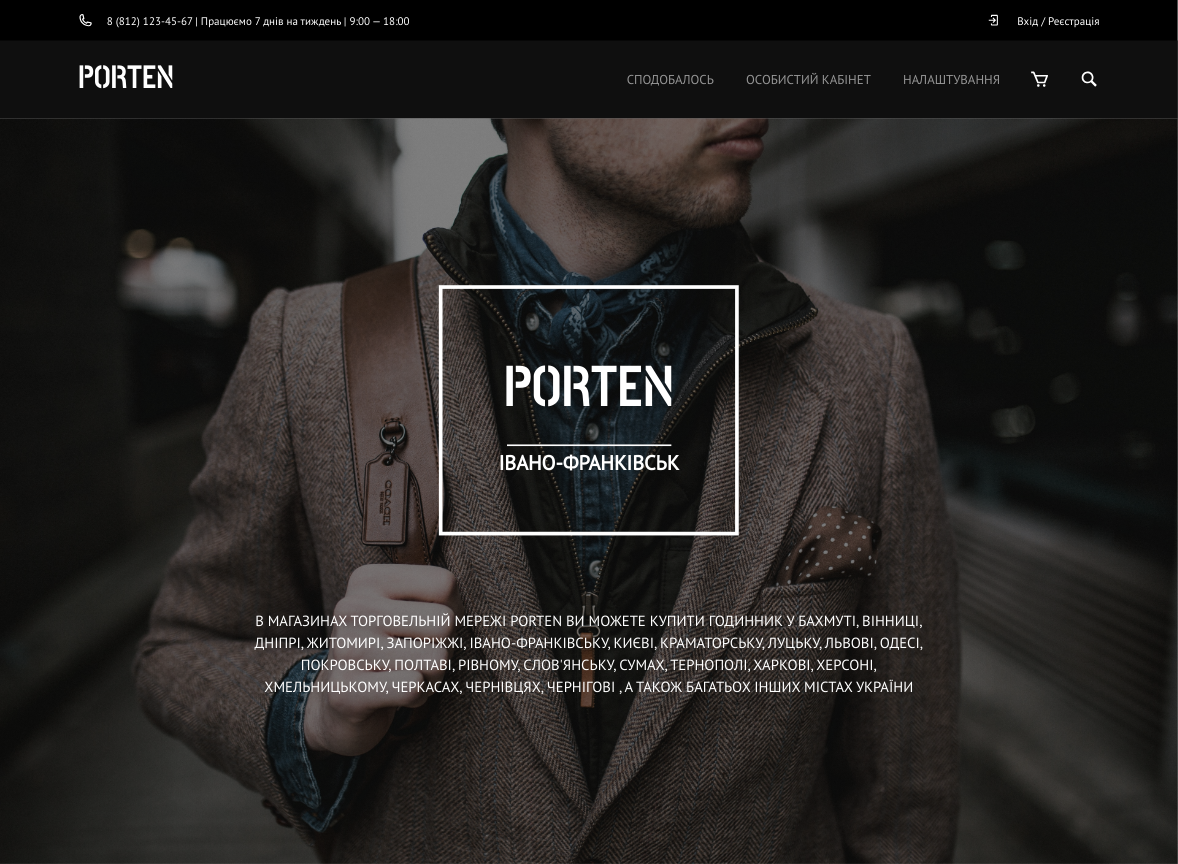
Repository: KYUUBI-K/porten
Page: index.html
An editor plug-in stored every save of this project. The page is shown before and after the next save, followed by the edit.
The browser window is 1280 px wide. The pictures show the whole page, at 92% of full size.

Above is the page before, as saved 2025-09-09 21:24:12.

### index.html
<!DOCTYPE html>
<html lang="en">
  <head>
    <meta charset="UTF-8" />
    <meta name="viewport" content="width=device-width, initial-scale=1.0" />
    <title>Cappadocia</title>
    <link rel="stylesheet" href="./styles.css" />
    <script defer src="./index.js"></script>
  </head>
  <body>
    <header class="header">
      <div class="top-line">
        <div class="wrapper">
          <div class="top-line-content">
            <div class="info">
              <svg
                width="16"
                height="16"
                viewBox="0 0 16 16"
                fill="none"
                xmlns="http://www.w3.org/2000/svg"
              >
                <path
                  d="M11.6 14.6667C8.87817 14.6631 6.26886 13.5803 4.34425 11.6557C2.41964 9.73112 1.33684 7.1218 1.33331 4.39999C1.33331 3.58666 1.65641 2.80665 2.23152 2.23153C2.80663 1.65642 3.58665 1.33333 4.39998 1.33333C4.57221 1.33202 4.74415 1.34765 4.91331 1.37999C5.07685 1.4042 5.23762 1.44439 5.39331 1.49999C5.50281 1.53841 5.60039 1.60475 5.67639 1.69244C5.75239 1.78014 5.80418 1.88615 5.82665 1.99999L6.73998 5.99999C6.7646 6.10857 6.76163 6.22158 6.73136 6.32872C6.70108 6.43585 6.64445 6.5337 6.56665 6.61333C6.47998 6.70666 6.47331 6.71333 5.65331 7.13999C6.30998 8.58057 7.46211 9.73743 8.89998 10.4C9.33331 9.57333 9.33998 9.56666 9.43331 9.47999C9.51294 9.40219 9.61079 9.34556 9.71792 9.31528C9.82506 9.28501 9.93807 9.28204 10.0466 9.30666L14.0466 10.22C14.1568 10.2456 14.2587 10.2988 14.3427 10.3746C14.4267 10.4504 14.49 10.5463 14.5266 10.6533C14.5829 10.8116 14.6253 10.9744 14.6533 11.14C14.6801 11.3075 14.6935 11.477 14.6933 11.6467C14.681 12.4565 14.3488 13.2286 13.7693 13.7944C13.1897 14.3602 12.4099 14.6738 11.6 14.6667V14.6667ZM4.39998 2.66666C3.94081 2.66842 3.50095 2.8516 3.17627 3.17628C2.85158 3.50097 2.6684 3.94083 2.66665 4.39999C2.66841 6.76872 3.61017 9.03992 5.28511 10.7149C6.96005 12.3898 9.23125 13.3316 11.6 13.3333C12.0591 13.3316 12.499 13.1484 12.8237 12.8237C13.1484 12.499 13.3316 12.0592 13.3333 11.6V11.38L10.24 10.6667L10.0466 11.0333C9.74665 11.6133 9.52665 12.0333 8.96665 11.8067C7.8619 11.4112 6.85911 10.7747 6.03114 9.94325C5.20316 9.11181 4.57079 8.10638 4.17998 6.99999C3.93998 6.47999 4.39331 6.23999 4.96665 5.93999L5.33331 5.75999L4.61998 2.66666H4.39998Z"
                  fill="white"
                />
              </svg>
              8 (812) 123-45-67 | Працюємо 7 днів на тиждень | 9:00 — 18:00
            </div>
            <div class="login">
              <svg
                width="14"
                height="14"
                viewBox="0 0 14 14"
                fill="none"
                xmlns="http://www.w3.org/2000/svg"
              >
                <path
                  d="M5.25001 1.16675H10.5C11.1417 1.16675 11.6667 1.69175 11.6667 2.33341V11.6667C11.6667 12.3084 11.1417 12.8334 10.5 12.8334H5.25001C4.60834 12.8334 4.08334 12.3084 4.08334 11.6667V10.5001H5.25001V11.6667H10.5V2.33341H5.25001V3.50008H4.08334V2.33341C4.08334 1.69175 4.60834 1.16675 5.25001 1.16675Z"
                  fill="white"
                />
                <path
                  d="M5.88583 9.09409L6.70833 9.91659L9.625 6.99992L6.70833 4.08325L5.88583 4.90575L7.39083 6.41659H1.75V7.58325H7.39083L5.88583 9.09409Z"
                  fill="white"
                />
              </svg>
              Вхід / Реєстрація
            </div>
          </div>
        </div>
      </div>
      <div class="bot-line">
        <div class="wrapper">
          <div class="bot-line-content">
            <div class="header-logo">PORTEN</div>
            <nav class="header-menu">
              <ul class="header-menu-list">
                <li class="header-menu-item">
                  <a class="header-menu-link" href="#liked">cподобалось</a>
                </li>
                <li class="header-menu-item">
                  <a class="header-menu-link" href="#office"
                    >Особистий кабінет</a
                  >
                </li>
                <li class="header-menu-item">
                  <a class="header-menu-link" href="#settings">налаштування</a>
                </li>
              </ul>
              <svg
                width="22"
                height="22"
                viewBox="0 0 22 22"
                fill="none"
                xmlns="http://www.w3.org/2000/svg"
              >
                <path
                  d="M20.0035 6.81175C19.9192 6.6899 19.8066 6.59031 19.6754 6.5215C19.5441 6.45269 19.3982 6.41672 19.25 6.41667H6.72193L5.66409 3.8775C5.52539 3.54312 5.29052 3.25746 4.98927 3.05673C4.68801 2.856 4.33393 2.74925 3.97193 2.75H1.83334V4.58334H3.97193L8.32059 15.0196C8.39025 15.1866 8.50775 15.3292 8.65831 15.4295C8.80887 15.5298 8.98575 15.5834 9.16668 15.5833H16.5C16.8823 15.5833 17.2242 15.3459 17.3589 14.9893L20.1089 7.656C20.1609 7.51724 20.1785 7.36794 20.1601 7.22091C20.1417 7.07387 20.088 6.93348 20.0035 6.81175ZM15.8648 13.75H9.77809L7.48643 8.25H17.9273L15.8648 13.75Z"
                  fill="white"
                />
                <path
                  d="M9.625 19.25C10.3844 19.25 11 18.6344 11 17.875C11 17.1156 10.3844 16.5 9.625 16.5C8.86561 16.5 8.25 17.1156 8.25 17.875C8.25 18.6344 8.86561 19.25 9.625 19.25Z"
                  fill="white"
                />
                <path
                  d="M16.0417 19.25C16.8011 19.25 17.4167 18.6344 17.4167 17.875C17.4167 17.1156 16.8011 16.5 16.0417 16.5C15.2823 16.5 14.6667 17.1156 14.6667 17.875C14.6667 18.6344 15.2823 19.25 16.0417 19.25Z"
                  fill="white"
                />
              </svg>
              <svg
                width="22"
                height="22"
                viewBox="0 0 22 22"
                fill="none"
                xmlns="http://www.w3.org/2000/svg"
              >
                <path
                  d="M19.25 17.4167L14.5255 12.6922C15.3989 11.3648 15.7488 9.76053 15.5073 8.18999C15.2658 6.61945 14.4501 5.19437 13.2182 4.19068C11.9864 3.18698 10.4259 2.67606 8.83895 2.75684C7.252 2.83762 5.75147 3.50434 4.62788 4.62794C3.50428 5.75153 2.83755 7.25206 2.75678 8.83901C2.676 10.426 3.18692 11.9864 4.19061 13.2183C5.19431 14.4502 6.61939 15.2658 8.18993 15.5073C9.76047 15.7488 11.3648 15.399 12.6922 14.5256L17.4167 19.2501L19.25 17.4167ZM4.58335 9.16675C4.58335 6.6395 6.63944 4.58341 9.16669 4.58341C11.6939 4.58341 13.75 6.6395 13.75 9.16675C13.75 11.694 11.6939 13.7501 9.16669 13.7501C6.63944 13.7501 4.58335 11.694 4.58335 9.16675Z"
                  fill="white"
                />
              </svg>
            </nav>
          </div>
        </div>
      </div>
    </header>
    <section class="banner">
      <div class="banner-logo">
        <h1 class="banner-title">PORTEN</h1>
        <svg
          width="179"
          height="2"
          viewBox="0 0 179 2"
          fill="none"
          xmlns="http://www.w3.org/2000/svg"
        >
          <line
            x1="-8.74228e-08"
            y1="1"
            x2="179"
            y2="0.999984"
            stroke="white"
            stroke-width="2"
          />
        </svg>
        <h2 class="banner-subtitle">івано-франківськ</h2>
      </div>
      <div class="banner-info">
        В магазинах Торговельній мережі Porten ви можете купити годинник у
        Бахмуті, Вінниці, Дніпрі, Житомирі, Запоріжжі, Івано-Франківську, Києві,
        Краматорську, Луцьку, Львові, Одесі, Покровську, Полтаві, Рівному,
        Слов'янську, Сумах, Тернополі, Харкові, Херсоні, Хмельницькому,
        Черкасах, Чернівцях, Чернігові , а також багатьох інших містах України
      </div>
    </section>
  </body>
</html>

### styles.css
@font-face {
  font-family: "PT Sans";
  src: url("./fonts/PTSans-Regular.woff2") format("woff2");
  font-weight: 400;
  font-style: normal;
  font-display: swap;
}

@font-face {
  font-family: "Playfair Display";
  src: url("./fonts/PlayfairDisplay-Regular.woff2") format("woff2");
  font-weight: 400;
  font-style: normal;
  font-display: swap;
}

@font-face {
  font-family: "Playfair Display";
  src: url("./fonts/PlayfairDisplay-Bold.woff2") format("woff2");
  font-weight: 700;
  font-style: normal;
  font-display: swap;
}

@font-face {
  font-family: "Post No Bills Jaffna";
  src: url("./fonts/PostNoBillsJaffna-Bold.woff2") format("woff2");
  font-weight: 700;
  font-style: normal;
  font-display: swap;
}

html {
  box-sizing: border-box;
}
*,
*::before,
*::after {
  box-sizing: inherit;
  margin: 0;
  padding: 0;
}

:root {
  --color-dark: #000000;
  --color-light-dark: #0f0f0f;
  --color-white: #ffffff;
  --light-gray: #d0d0d0;
  --color-gray: #969696;

  --border: 1px solid var(--color-white);

  --font-family-base: "PT Sans", sans-serif;
  --font-family-accent: "Playfair Display", sans-serif;
  --font-family-logo: "Post No Bills Jaffna", sans-serif;

  --input-height: 47px;
}

body {
  font-size: 14px;
  font-family: var(--font-family-base);
  background-color: var(--color-dark);
  color: var(--color-white);
}

li {
  list-style: none;
}
a {
  text-decoration: none;
  color: inherit;
}
.wrapper {
  margin: 0 auto;
  max-width: 1110px;
}

.top-line-content {
  font-family: var(--font-family-base);
  font-size: 12px;
  display: flex;
  justify-content: space-between;
  padding: 14px 0px;
}
.info {
  display: flex;
  align-items: center;
  column-gap: 15px;
}

.login {
  display: flex;
  align-items: center;
  column-gap: 19px;
}

.bot-line {
  background-color: var(--color-light-dark);
}

.bot-line-content {
  display: flex;
  justify-content: space-between;
  padding: 15px 0 16px 0;
}

.header-menu {
  font-family: var(--font-family-base);
  font-size: 14px;
  color: var(--color-gray);
  display: flex;
  justify-content: space-between;
  gap: 32px;
  align-items: center;
}
.header-menu-list {
  display: flex;
  text-transform: uppercase;
  gap: 35px;
}
.header-logo {
  font-family: var(--font-family-logo);
  font-size: 36px;
}

.banner {
  position: relative;
  display: flex;
  flex-direction: column;
  justify-content: center;
  align-items: center;
  text-align: center;
  text-transform: uppercase;
  min-height: 810px;
  background: linear-gradient(
      0deg,
      rgba(15, 15, 15, 0.5) 0%,
      rgba(15, 15, 15, 0.5) 100%
    ),
    url(/images/Rectangle\ 3.png) lightgray 50% / cover no-repeat;
}
.banner-logo {
  margin-bottom: 80px;
  border: 4px solid #fff;
  padding: 61px;
}
.banner-title {
  font-family: var(--font-family-logo);
  font-size: 64px;
  font-weight: 700;
  margin: 0;
}

.banner-subtitle {
  font-family: var(--font-family-base);
  font-size: 22px;
}

.banner-info {
  font-family: var(--font-family-base);
  font-size: 16px;
  font-style: normal;
  font-weight: 400;
  line-height: 150%;
  max-width: 730px;
}

### index.js
document.addEventListener("DOMContentLoaded", () => {
  const sliders = document.querySelectorAll(".route-slider, .about-slider");

  sliders.forEach((slider) => {
    const slidesContainer = slider.querySelector(".slides");
    const slides = slider.querySelectorAll(".slide");
    const prevBtn = slider.querySelector(".prev");
    const nextBtn = slider.querySelector(".next");

    let currentIndex = 0;

    function updateSlide() {
      slidesContainer.style.transform = `translateX(-${currentIndex * 100}%)`;
    }

    nextBtn.addEventListener("click", () => {
      currentIndex++;
      if (currentIndex >= slides.length) {
        currentIndex = 0;
      }
      updateSlide();
    });

    prevBtn.addEventListener("click", () => {
      currentIndex--;
      if (currentIndex < 0) {
        currentIndex = slides.length - 1;
      }
      updateSlide();
    });
  });
});

After the next save:
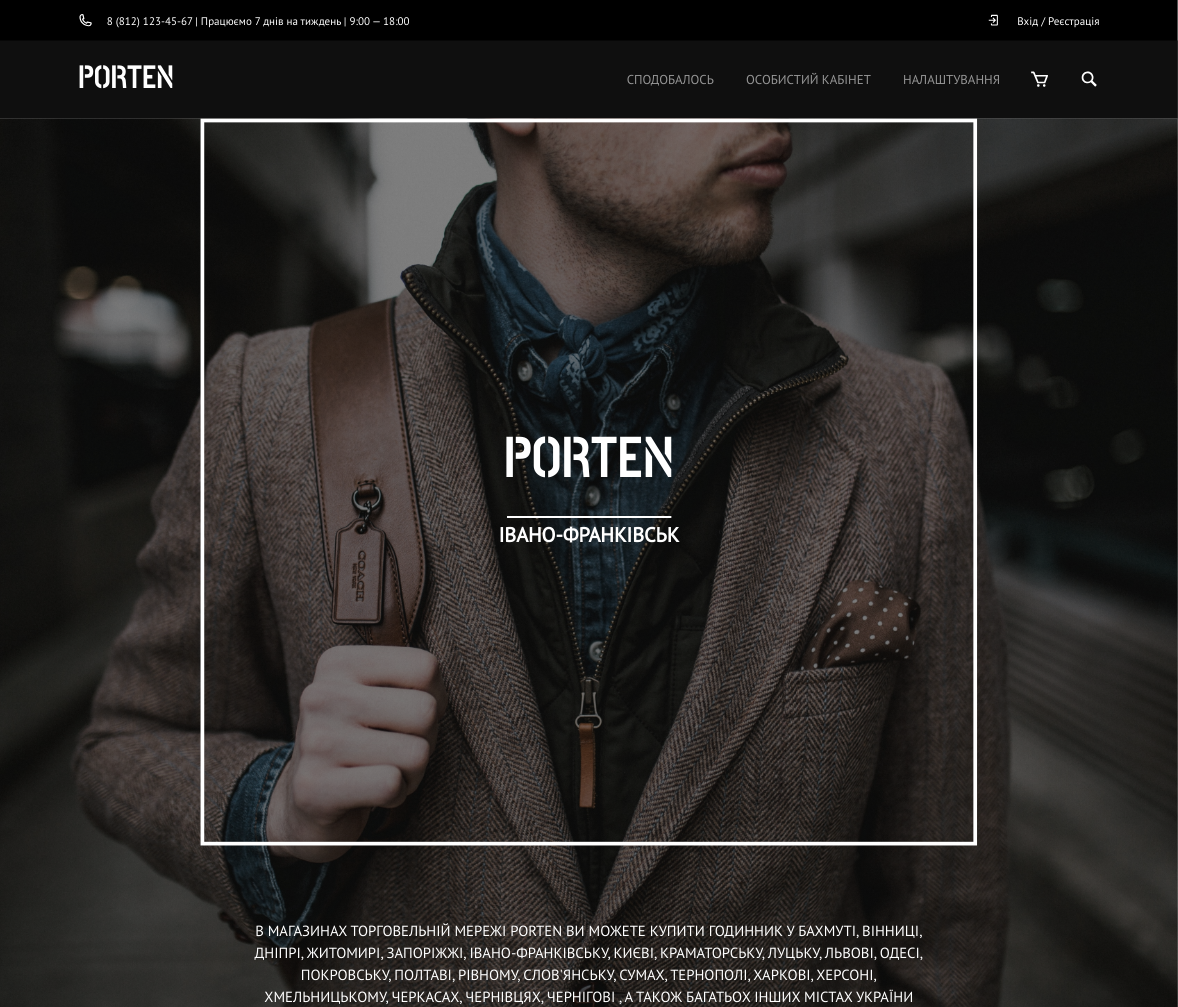
Saved 9 s later.
--- a/styles.css
+++ b/styles.css
@@ -143,7 +143,7 @@
 .banner-logo {
   margin-bottom: 80px;
   border: 4px solid #fff;
-  padding: 61px;
+  padding: 320px;
 }
 .banner-title {
   font-family: var(--font-family-logo);
